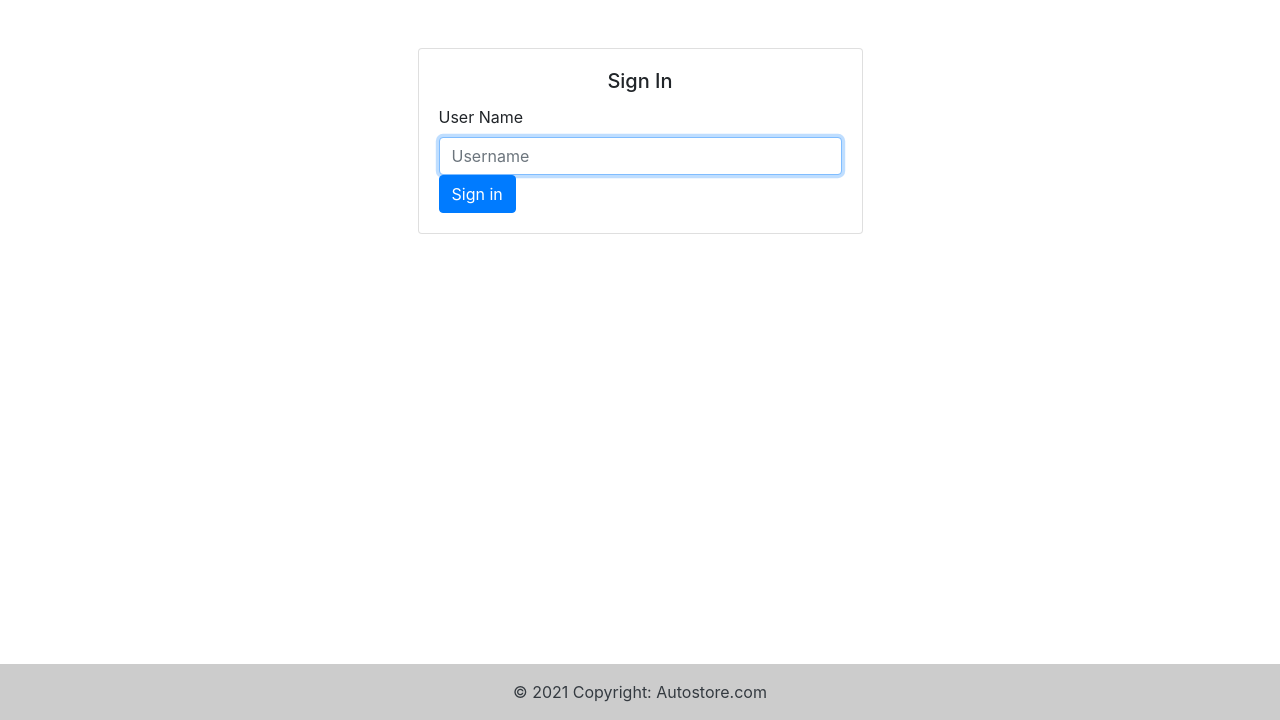
Repository: pravinsakthivel/ecommerce
Page: /
The author's editor kept a copy of each file at every save. The page is drawn from the files as they stood at one save, then again after the next save.
The browser window is 1280 px wide. The pictures show the whole page.
The project was rebuilt for these pictures with package versions that can differ from the ones it lists, and the page was loaded fresh each time. Also part of the build but not shown: src/components/ProductItem.vue, src/components/UI/ShoppingCartIcon.vue, src/components/UI/NavigationBar.vue, src/components/UI/SearchBar.vue, src/components/ProductDescriptionModal.vue, src/components/ProductList.vue, src/components/PayPalComponent.vue, src/components/PaymentDetails.vue and 5 more.

Above is the page before, as saved 2021-04-10 20:25:08.

### public/index.html
<!DOCTYPE html>
<html lang="">
  <head>
    <meta charset="utf-8">
    <meta http-equiv="X-UA-Compatible" content="IE=edge">
    <meta name="viewport" content="width=device-width,initial-scale=1.0">
    <link rel="icon" href="<%= BASE_URL %>favicon.ico">
    <link href="https://fonts.googleapis.com/css?family=Nunito+Sans:400,400i,700,900&display=swap" rel="stylesheet">
    <title><%= htmlWebpackPlugin.options.title %></title>
  </head>
  <body>
    <noscript>
      <strong>We're sorry but <%= htmlWebpackPlugin.options.title %> doesn't work properly without JavaScript enabled. Please enable it to continue.</strong>
    </noscript>
    <div id="app"></div>
    <!-- built files will be auto injected -->
  </body>
</html>

### src/main.js
import { createApp } from 'vue';
import App from './App.vue';
import router from './router.js';
import store from './store.js';
import 'bootstrap';
import 'font-awesome/css/font-awesome.min.css';
import 'bootstrap/dist/css/bootstrap.min.css';
import BaseButton from "./components/UI/BaseButton.vue";
import BaseBadge from './components/UI/BaseBadge.vue';
import TheJumbotrom from './components/UI/TheJumbotron.vue';
import BaseModal from './components/UI/BaseModal.vue';



const app = createApp(App);
app.use(router);
app.use(store);
app.component('base-button',BaseButton);
app.component('base-badge',BaseBadge);
app.component('the-jumbotron',TheJumbotrom);
app.component('base-modal',BaseModal);
app.mount('#app');

### src/App.vue
<template>
 <router-view></router-view>
 <div class="text-center text-dark p-3 fixed-bottom" style="background-color: rgba(0, 0, 0, 0.2);">
    © 2021 Copyright:
    <a class="text-dark" href="#">Autostore.com</a>
  </div>
</template>

<script>

export default {
  name: 'App',
}
</script>

<style>
</style>

### src/router.js
import { createRouter, createWebHistory } from "vue-router";
import ProductList from "./components/ProductList.vue";
import CartList from "./components/CartList.vue";
import OrderSuccessPage from "./components/UI/OrderSuccess.vue";
import LoginPage from "./components/UI/LoginPage.vue";

const router = createRouter({
  history: createWebHistory(),
  routes: [
    {
      path: "/",
      redirect: "/login",
    },
    {
      path: "/cartIems",
      component: CartList,
    },
    {
      path: "/products",
      component: ProductList,
    },
    {
      path: "/orderSuccessPage",
      component: OrderSuccessPage,
    },
    {
      path: "/login",
      component: LoginPage,
    },
  ],
});

export default router;

### src/store.js
import {createStore} from 'vuex';
import productModule from './store/products/index.js'

const store = createStore({
   modules:{
        products:productModule
   }
});

export default store;

### src/components/UI/BaseButton.vue
<template>
    <button
        class="btn btn-primary"
        type="submit"
        @click.prevent="clickAction"
      >
        <slot></slot>
      </button>
</template>
<script>
export default {
    emits:['click-action'],
    methods:{
        clickAction(){
            this.$emit('click-action');
        }
    }
}
</script>

### src/components/UI/LoginPage.vue
<template>
  <div class="container">
    <div class="row">
      <div class="col-sm-9 col-md-7 col-lg-5 mx-auto">
        <div class="card card-signin my-5">
          <div class="card-body">
            <h5 class="card-title text-center">Sign In</h5>
            <form class="form-signin">
              <div class="form-label-group">
                <label for="userName">User Name</label>
                <input
                  type="text"
                  id="userName"
                  class="form-control"
                  :class="{ 'is-invalid': errorClass }"
                  placeholder="Username"
                  required
                  autofocus
                  v-model="userName"
                />
              </div>
              <base-button
                customClass="btn mt-3  btn-primary btn-block text-uppercase"
                @click-action="login"
                >Sign in</base-button
              >
            </form>
          </div>
        </div>
      </div>
    </div>
  </div>
</template>
<script>
export default {
  data() {
    return {
      userName: "",
      errorClass: false,
    };
  },
  methods: {
    login() {
      if (this.userName != "") {
        this.errorClass = false;
        this.$store.dispatch("products/setUser", this.userName);
        this.$router.push("/products");
      } else {
        this.errorClass = true;
      }
    },
  },
};
</script>

### src/store/products/index.js
import actions from './actions.js';
import getters from './getters.js';
import mutations from './mutations.js';

export default{
    namespaced:true,
    state(){
        return{
            products: [],
            cartItems: [],
            productsIdsInCart:[],
            searchedItems:[],
            lastUpdated:null,
            loggedInUser :''
        }
    },
    actions,
    getters,
    mutations
}

### src/store/products/actions.js
export default {
  async loadProducts(context,forceRefresh) {
    console.log(context.getters.shouldRefresh , forceRefresh);
    if(!context.getters.shouldRefresh && !forceRefresh){
      console.log("sending cache data");
      return;
    }
    console.log("sending fetched data");
    let url = `https://products-data-b01f9-default-rtdb.firebaseio.com/products/-MXaxOFKGRgCKs_OkzrR.json`;
    let response = await fetch(url);
    let responseData = await response.json();
    context.commit("setProducts", responseData);
    context.commit("setTimeStamp");
  },
  setProducts(context, payload) {
    context.commit("setProducts", payload);
  },
  addProductItemToCart(context, product) {
    let cartItems = [...context.getters.getCartItems, product];
    context.dispatch("addProductIdInCart", product.productId);
    context.commit("setCartItems", cartItems);
  },
  addProductIdInCart(context, data) {
    let productIdsInCart = [...context.getters.getproductIdsIncart, data];
    context.commit("setProductIdsInCart", productIdsInCart);
  },
  setCartItems(context, data) {
    context.commit("setCartItems", data);
  },
  removeCartItem(context, productId) {
    let cartItems = context.getters.getCartItems;
    let filteredItems = cartItems.filter((item) => {
      return item.productId != productId;
    });
    context.dispatch("removeProductIdInCart", productId);
    context.commit("setCartItems", filteredItems);
  },
  removeProductIdInCart(context, productId) {
    let productIdsInCart = context.getters.getproductIdsIncart;
    const index = productIdsInCart.indexOf(productId);
    if (index > -1) {
      productIdsInCart.splice(index, 1);
    }
    context.commit("setProductIdsInCart", productIdsInCart);
  },
  setSearchedItems(context, payload) {
    context.commit("setSearchedItems", payload);
  },
  setUser(context,userName){
    context.commit("setUser",userName);
  },
  resetProductIdsInCart(context){
    context.commit("setProductIdsInCart",[])
  }
};

### src/store/products/getters.js
export default {
  getProducts(state) {
    return state.products;
  },
  getCartItems(state) {
    return state.cartItems;
  },
  getproductIdsIncart(state) {
    return state.productsIdsInCart;
  },
  shouldRefresh(state) {
    let lastUpdate = state.lastUpdated;
    if (!lastUpdate) {
      return true;
    }
    const currentTimeStamp = new Date().getTime();
    return (currentTimeStamp - lastUpdate) / 1000 > 60;
  },
  getSearchItems(state){
      return state.searchedItems;
  },
  getLoggedInUser(state){
    return state.loggedInUser;
  }
};

### src/store/products/mutations.js
export default {
  setCartItems(state, payload) {
    state.cartItems = payload;
  },
  setProducts(state, payload) {
    state.products = payload;
  },
  setProductIdsInCart(state, payload) {
    state.productsIdsInCart = payload;
  },
  setTimeStamp(state) {
    state.lastUpdated = new Date().getTime();
  },
  setSearchedItems(state, payload) {
    state.searchedItems = payload;
  },
  setUser(state, userName) {
    state.loggedInUser = userName;
  },
};

After the next save:
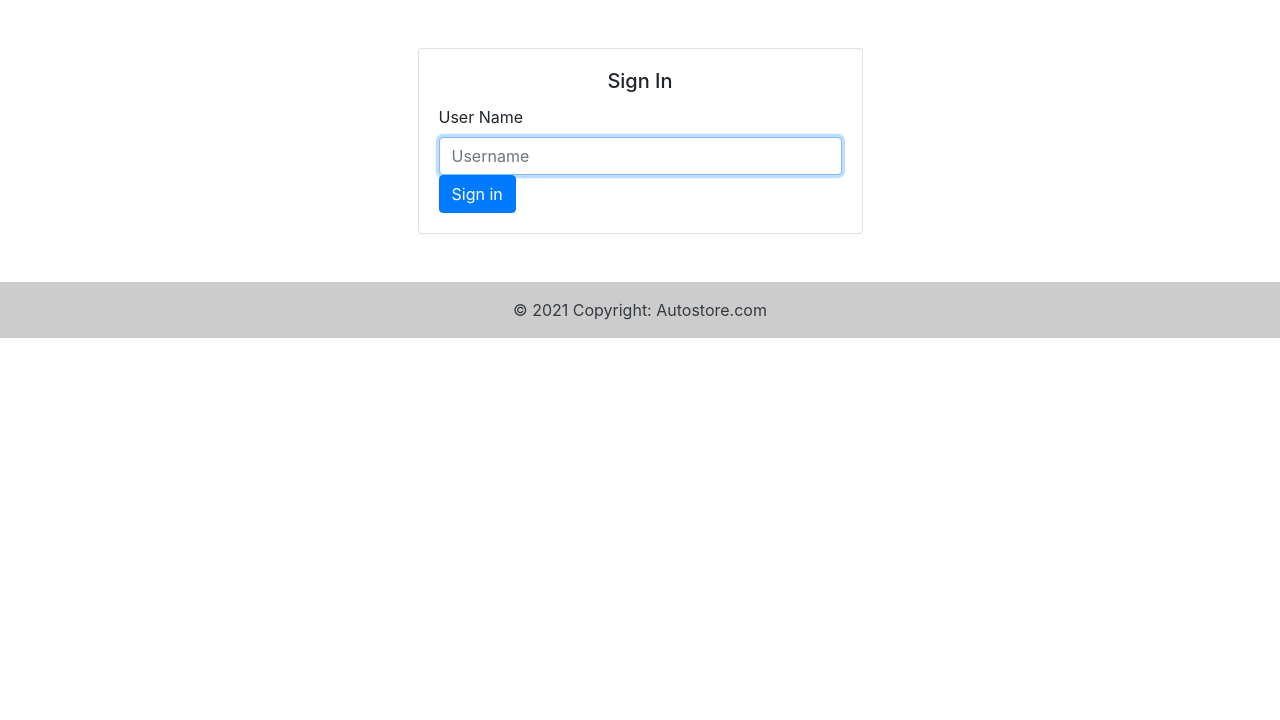
Saved 13 s later.
--- a/src/App.vue
+++ b/src/App.vue
@@ -1,6 +1,6 @@
 <template>
  <router-view></router-view>
- <div class="text-center text-dark p-3 fixed-bottom" style="background-color: rgba(0, 0, 0, 0.2);">
+ <div class="text-center text-dark p-3 " style="background-color: rgba(0, 0, 0, 0.2);">
     © 2021 Copyright:
     <a class="text-dark" href="#">Autostore.com</a>
   </div>

After the 2 saves that followed:
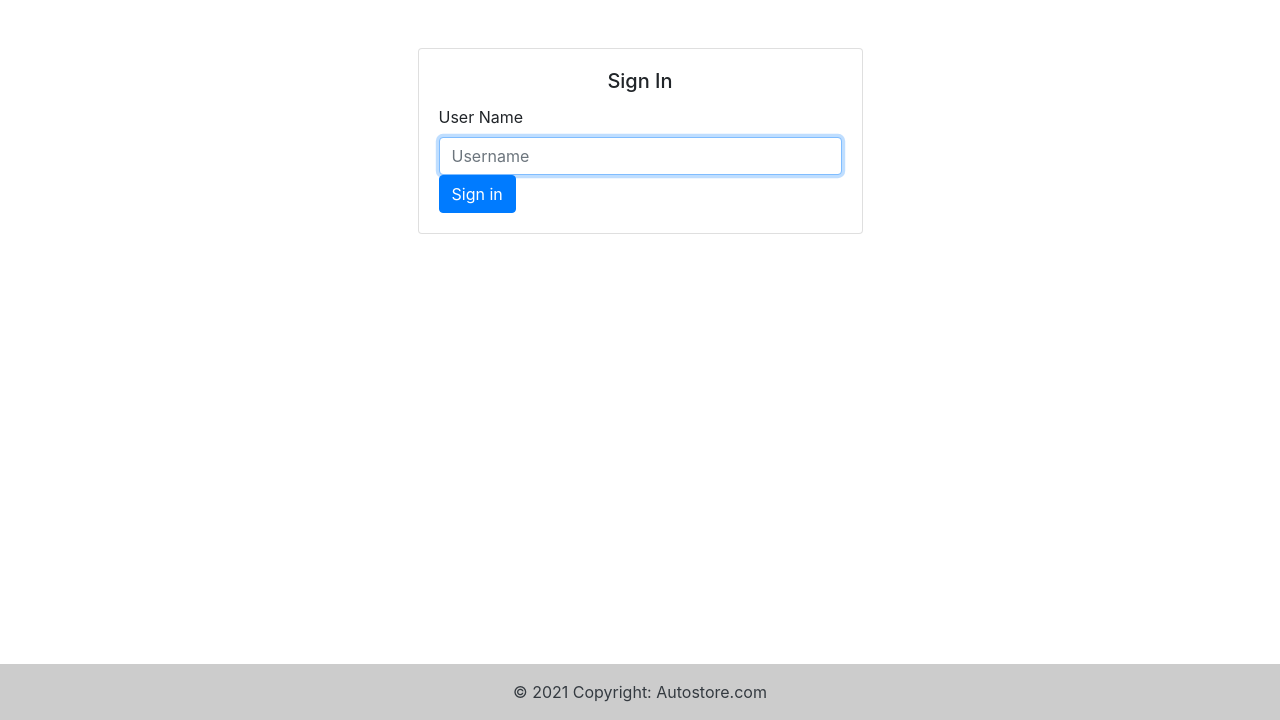
The 2 saves are shown as one change because 1 left the picture as it was.
The last was saved 57 s later.
--- a/src/App.vue
+++ b/src/App.vue
@@ -1,6 +1,6 @@
 <template>
  <router-view></router-view>
- <div class="text-center text-dark p-3 " style="background-color: rgba(0, 0, 0, 0.2);">
+ <div class="text-center text-dark p-3 footer" style="background-color: rgba(0, 0, 0, 0.2);">
     © 2021 Copyright:
     <a class="text-dark" href="#">Autostore.com</a>
   </div>
@@ -13,5 +13,12 @@
 }
 </script>
 
-<style>
+<style scoped>
+.footer {
+  position: fixed;
+  left: 0;
+  bottom: 0;
+  width: 100%;
+  text-align: center;
+}
 </style>
